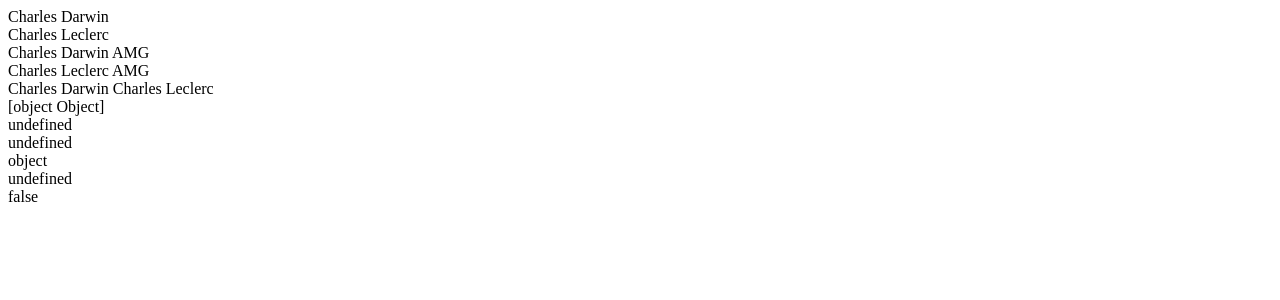
Repository: raghav3003/Simplilearn_phase4
Page: Javascript_phase_4_programs/public/prototype.html
An editor plug-in stored every save of this project. The page is shown before and after a run of saves, followed by the edit.
The browser window is 1280 px wide. The pictures show the whole page.

Above is the page before, as saved 2021-06-29 10:19:23.

### Javascript_phase_4_programs/public/prototype.html
<!DOCTYPE html>
<html>
<head>
<meta charset="UTF-8">
<title>Insert title here</title>
</head>
<body>
<script>

	function Employee (firstName, lastName) {
		this.firstName = firstName;
		this.lastName = lastName;
	}

	Employee.prototype.fullName = function () {
		return this.firstName + ' ' + this.lastName;
	}

	var emp1 = new Employee('Charles', 'Darwin');
	var emp2 = new Employee('Charles', 'Leclerc');

	document.write(emp1.fullName() + '<br>');
	document.write(emp2.fullName() + '<br>');

	Employee.prototype.company = 'AMG';

	var emp1 = new Employee('Charles', 'Darwin');
	var emp2 = new Employee('Charles', 'Leclerc');

	document.write(emp1.firstName + ' ' + emp1.lastName + ' ' + emp1.company + '<br>');
	document.write(emp2.firstName + ' ' + emp2.lastName + ' ' + emp2.company + '<br>');
	document.write(emp1.fullName() + ' ' + emp2.fullName() + '<br>');

	function Student () {
		this.name = 'Charled';
		this.gender = 'Male';
	}

	Student.prototype.age = 15;

	var studObj1 = new Student();
	alert(studObj1.age);

	var studObj2 = new Student();
	alert(studObj2.age);

	Student.prototype = {age: 35};

	var studObj3 = new Student();
	alert(studObj3.age);
	alert(studObj1.age);

	var studObj = new Student();
	document.write(Student.prototype + '<br>');
	document.write(studObj.prototype + '<br>');
	document.write(studObj._proto_ + '<br>');

	document.write(typeof Student.prototype + '<br>');
	document.write(typeof studObj.prototype + '<br>');
	document.write(Student.prototype === studObj._proto_ + '<br>');

	function Stud () {
		this.name = 'John';
		this.gender = 'M';
	}

	var studObj = new Stud();

	Stud.prototype.sayHi = function () {
		alert('Hi');
	}

	var studObj = new Stud();
	var proto = Object.getPrototypeOf(studObj);

	alert(proto.constructor);
	alert(proto.sayHi);



</script>
</body>
</html>

After the next 2 saves:
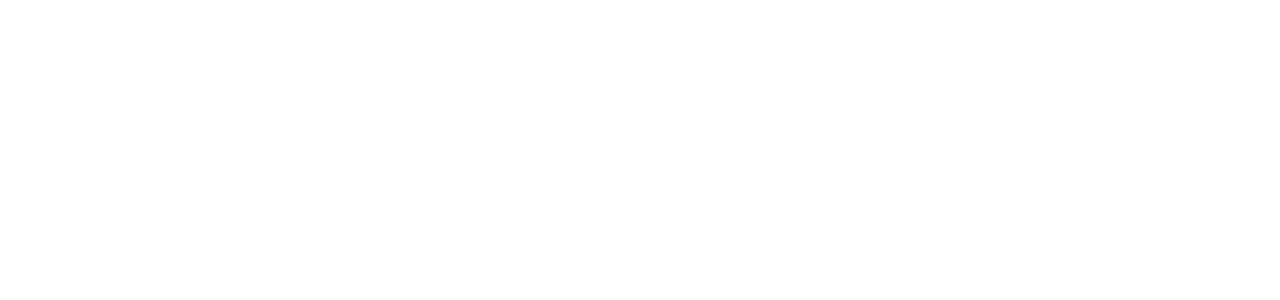
Console error: SyntaxError: Unexpected token ';'
The 2 saves are shown as one change because they came seconds apart.
The last was saved 4 min 3 s later.
--- a/Javascript_phase_4_programs/public/prototype.html
+++ b/Javascript_phase_4_programs/public/prototype.html
@@ -76,6 +76,9 @@
 	alert(proto.constructor);
 	alert(proto.sayHi);
 
+	let animal = {
+		eats: true;
+	}
 
 
 </script>

After the save that followed:
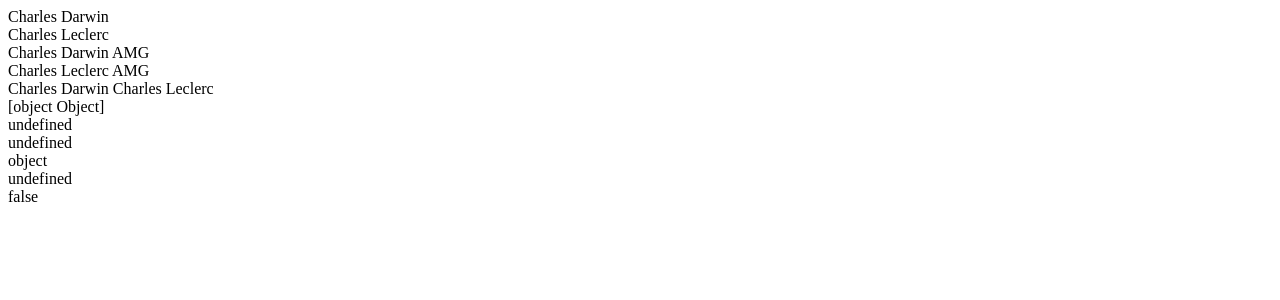
The error is gone.
Saved 4 s later.
--- a/Javascript_phase_4_programs/public/prototype.html
+++ b/Javascript_phase_4_programs/public/prototype.html
@@ -77,8 +77,10 @@
 	alert(proto.sayHi);
 
 	let animal = {
-		eats: true;
+		eats: true
 	}
+
+
 
 
 </script>
